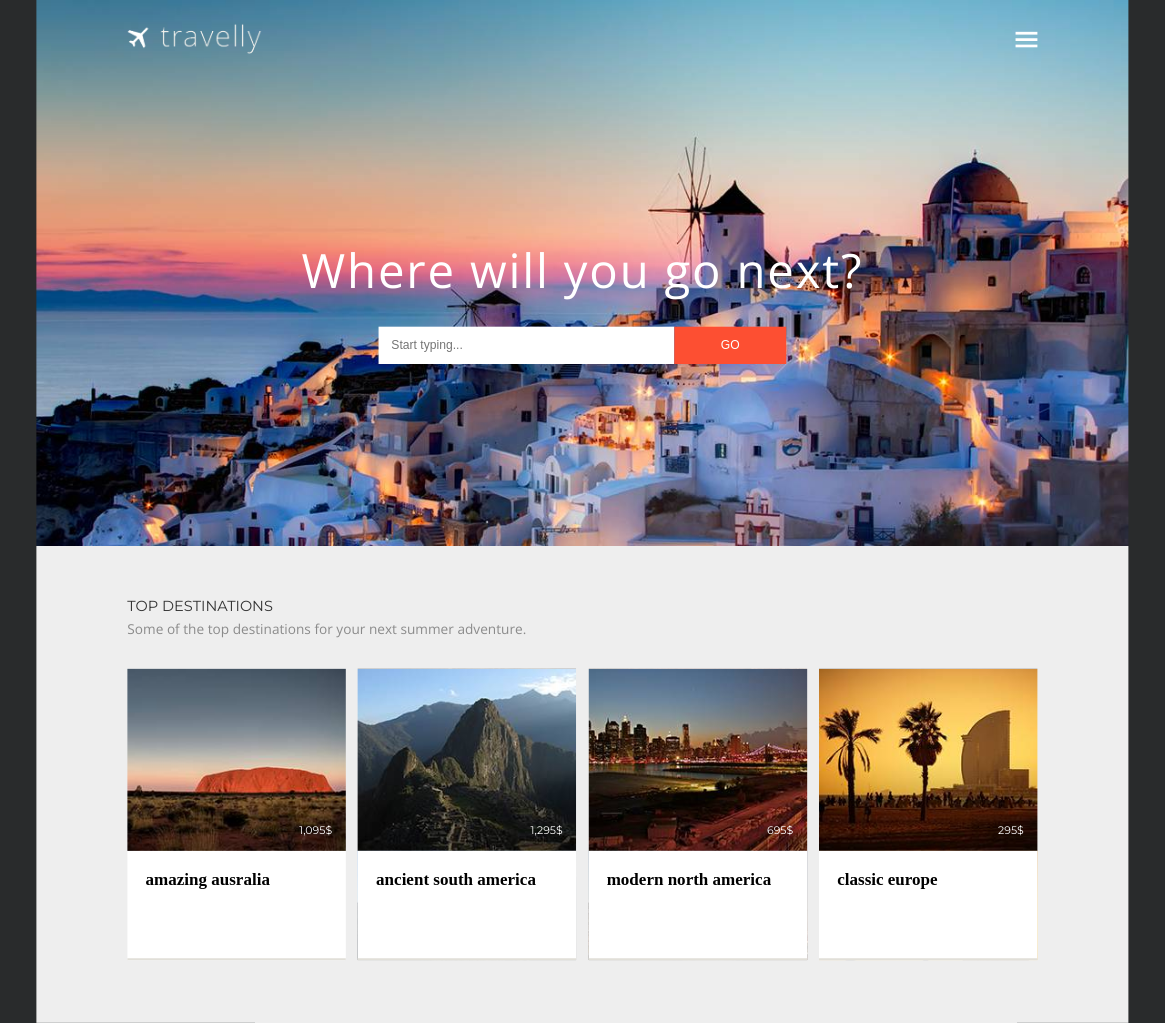
Repository: YusifHasanov/Web-Page-Template
Page: index.html
The author's editor kept a copy of each file at every save. The page is drawn from the files as they stood at one save, then again after the next save.
The browser window is 1280 px wide. The pictures show the whole page, at 91% of full size.

Above is the page before, as saved 2021-12-05 21:37:25.

After the next save:
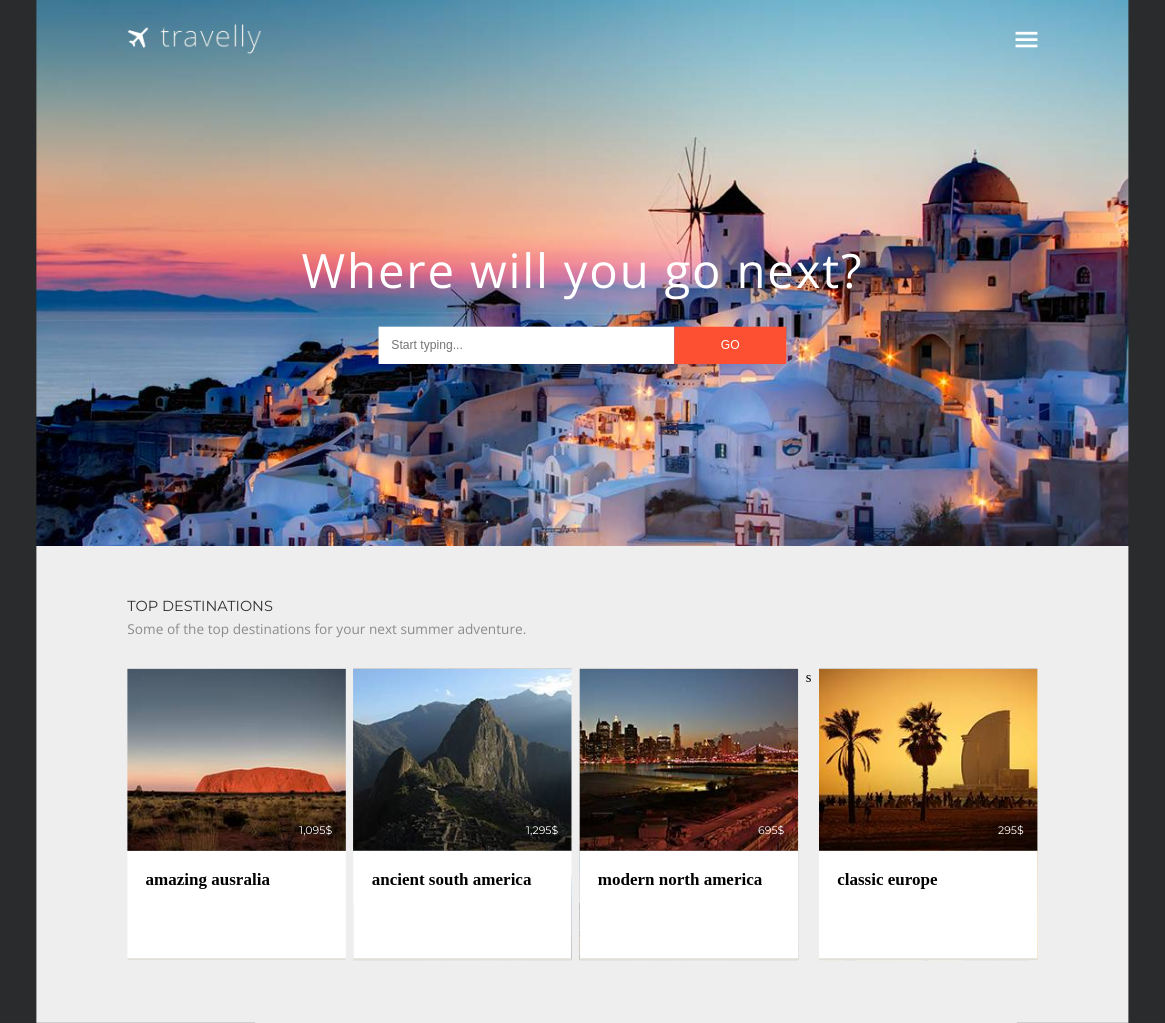
Saved 10 s later.
--- a/index.html
+++ b/index.html
@@ -55,7 +55,7 @@
                   <h3>modern north america</h3>
                 </div>
               </div>
-                <!-- !4 -->
+                <!-- !4 -->s
               <div class="flex-item europe">
                 <div class="top">
                    <span>295$</span>
